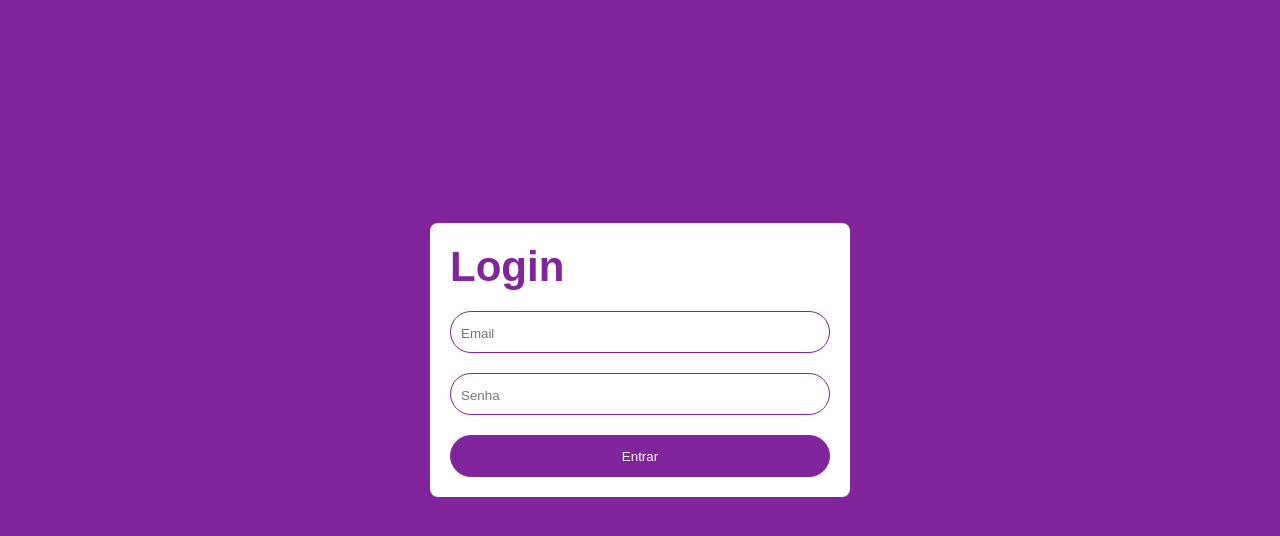
Repository: VictorRB-PB/validacao-com-hookform-e-yup
Page: /
An editor plug-in stored every save of this project. The page is shown before and after the next save, followed by the edit.
The browser window is 1280 px wide. The pictures show the whole page.
The project was rebuilt for these pictures with package versions that can differ from the ones it lists, and the page was loaded fresh each time.

Above is the page before, as saved 2024-01-10 09:16:42.

After the next save:
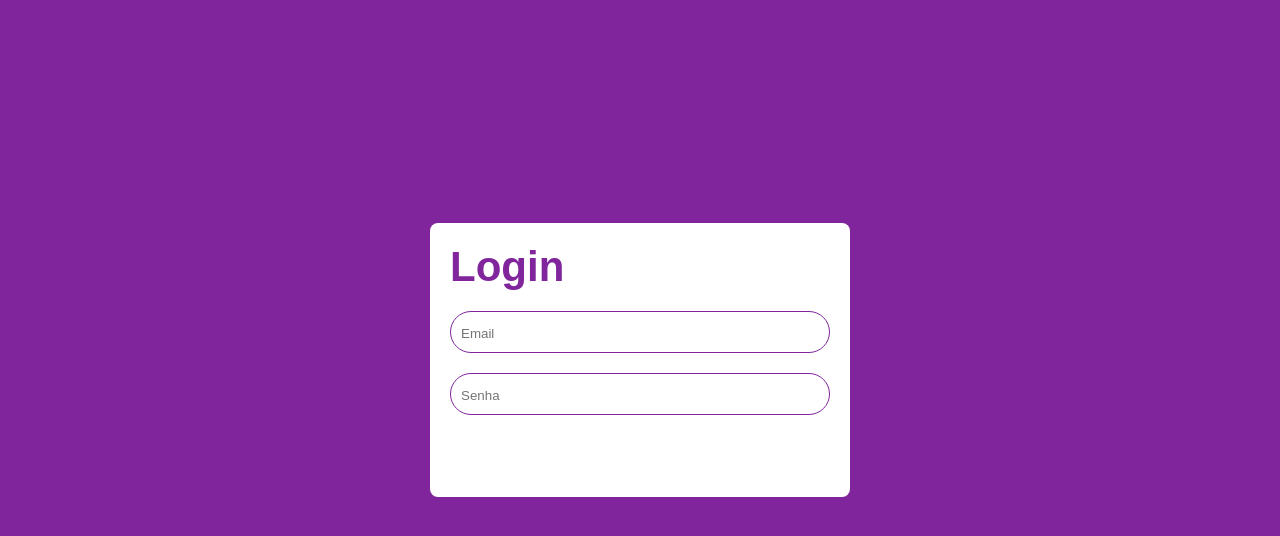
Saved 18 s later.
--- a/src/components/Button/styles.ts
+++ b/src/components/Button/styles.ts
@@ -10,7 +10,7 @@
     border: 1px solid #81259D;
     border-radius: 21px;
 
-    button:disabled {
+    &:disabled {
         cursor: not-allowed;
         opacity: -4;
     }.invalid {

After the 2 saves that followed:
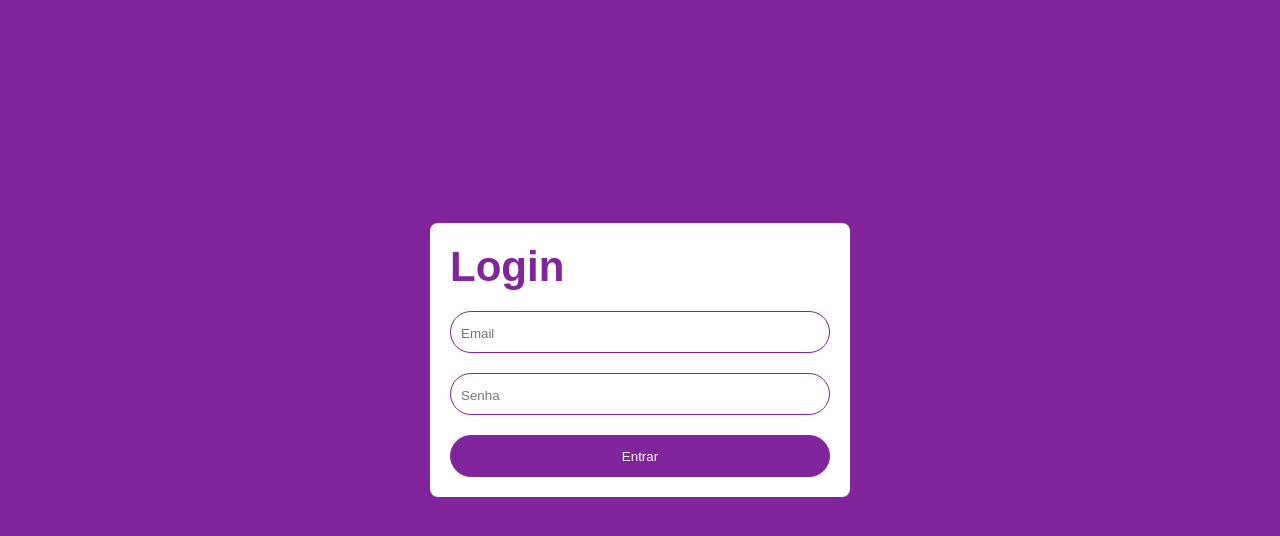
The 2 saves are shown as one change because 1 left the picture as it was.
The last was saved 3 min 34 s later.
--- a/src/components/Button/styles.ts
+++ b/src/components/Button/styles.ts
@@ -10,7 +10,11 @@
     border: 1px solid #81259D;
     border-radius: 21px;
 
-    &:disabled {
+    button:disabled {
+        width: 100%;
+        height: 42px;
+        background-color: #81259D;
+        color: #FFF;
         cursor: not-allowed;
         opacity: -4;
     }.invalid {
